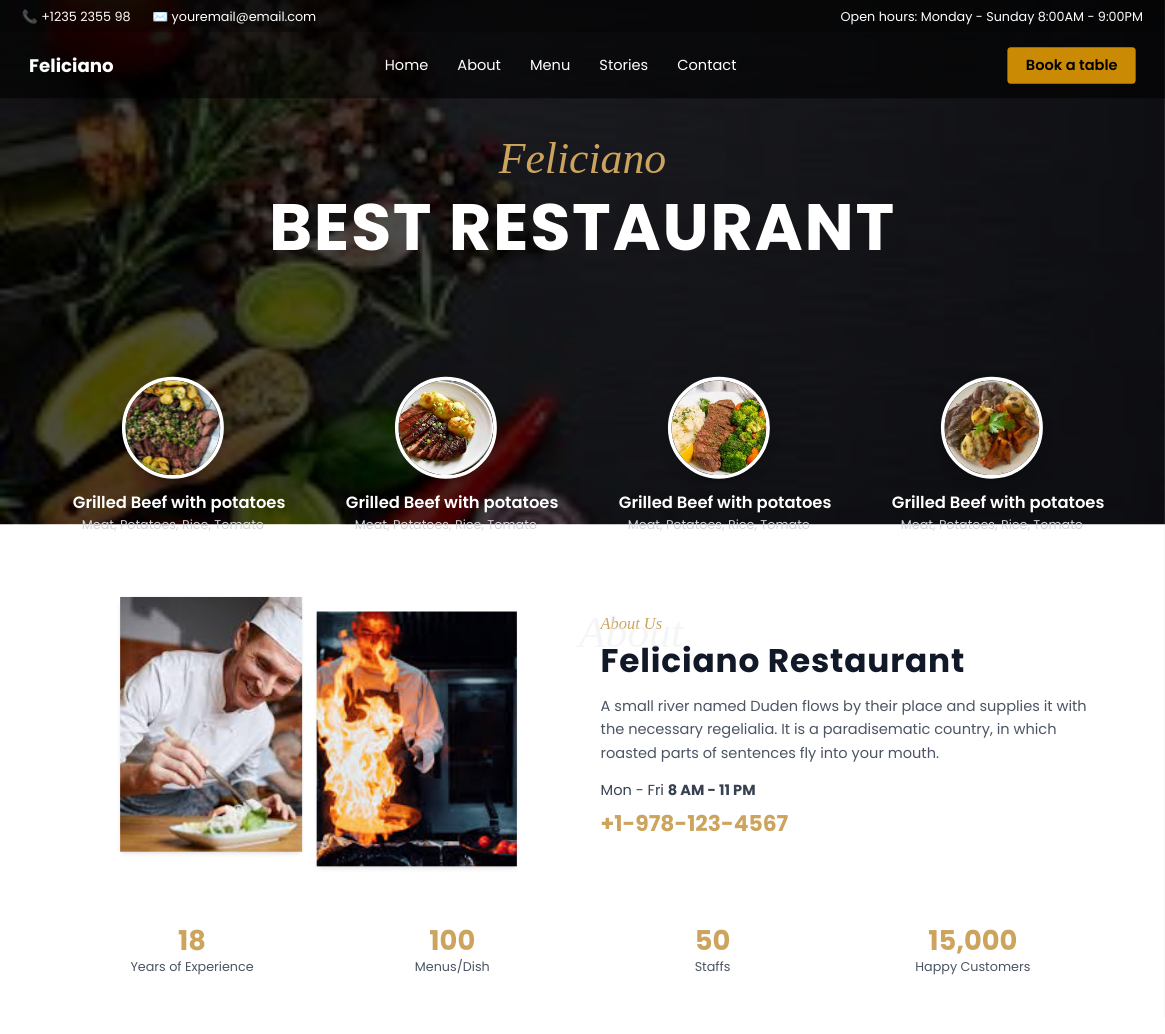
Repository: Purniagithub/Benttacproject
Page: /
An editor plug-in stored every save of this project. The page is shown before and after the next save, followed by the edit.
The browser window is 1280 px wide. The pictures show the whole page, at 91% of full size.
Some web fonts or font styles are not loaded; a fallback is used. The project was rebuilt for these pictures with package versions that can differ from the ones it lists, and the page was loaded fresh each time. Also part of the build but not shown: vite.config.js.

Above is the page before, as saved 2025-08-21 16:46:28.

### index.html
<!doctype html>
<html lang="en">
  <head>
    <meta charset="UTF-8" />
    <link rel="icon" type="image/svg+xml" href="/vite.svg" />
    <link href="https://fonts.googleapis.com/css2?family=Playfair+Display:ital,wght@1,500&family=Poppins:wght@400;600;700&display=swap" rel="stylesheet">

    <meta name="viewport" content="width=device-width, initial-scale=1.0" />
    <title>Vite + React</title>
  </head>
  <body>
    <div id="root"></div>
    <script type="module" src="/src/main.jsx"></script>
  </body>
</html>

### src/App.jsx
import React from "react";
import Navbar from "./components/Navbar";
import Hero from "./components/Hero";

function App() {
  return (
    <div className="font-poppins">
      <Navbar />
      <Hero />
    </div>
  );
}

export default App;

### src/components/Navbar.jsx
import React from "react";

const Navbar = () => {
  return (
    <header className="absolute top-0 left-0 w-full z-50">
      {/* Top bar */}
      <div className="flex justify-between items-center bg-black bg-opacity-70 text-white text-sm px-6 py-2">
        <div className="flex space-x-6">
          <span>📞 +1235 2355 98</span>
          <span>✉️ youremail@email.com</span>
        </div>
        <span>Open hours: Monday - Sunday 8:00AM - 9:00PM</span>
      </div>

      {/* Main Navbar */}
      <nav className="flex justify-between items-center bg-black bg-opacity-60 text-white px-8 py-4">
        <h1 className="text-xl font-bold">Feliciano</h1>
        <ul className="flex space-x-8 font-medium">
          <li><a href="#" className="hover:text-yellow-400">Home</a></li>
          <li><a href="#" className="hover:text-yellow-400">About</a></li>
          <li><a href="#" className="hover:text-yellow-400">Menu</a></li>
          <li><a href="#" className="hover:text-yellow-400">Stories</a></li>
          <li><a href="#" className="hover:text-yellow-400">Contact</a></li>
        </ul>
        <button className="bg-yellow-600 hover:bg-yellow-700 px-5 py-2 rounded text-black font-semibold">
          Book a table
        </button>
      </nav>
    </header>
  );
};

export default Navbar;

### src/components/Hero.jsx
import React from "react";
import AboutSection from "../components/AboutSection";

const dishes = [
  { id: 1, name: "Grilled Beef with potatoes", desc: "Meat, Potatoes, Rice, Tomato", img: "/dish-1.jpeg" },
  { id: 2, name: "Grilled Beef with potatoes", desc: "Meat, Potatoes, Rice, Tomato", img: "/dish-2.jpeg" },
  { id: 3, name: "Grilled Beef with potatoes", desc: "Meat, Potatoes, Rice, Tomato", img: "/dish-3.jpeg" },
  { id: 4, name: "Grilled Beef with potatoes", desc: "Meat, Potatoes, Rice, Tomato", img: "/dish-4.jpeg" },
];

const Hero = () => {
  return (
    <>
    <section
      className="relative h-[80vh] bg-cover bg-center flex flex-col justify-center items-center text-white px-4"
      style={{ backgroundImage: "url('/img-4.jpeg')" }}
    >
      {/* Dark overlay */}
      <div className="absolute inset-0 bg-black/70"></div>

      {/* Headings */}
      <div className="relative z-10 text-center mt-20 md:mt-32 lg:mt-40">
        <h2 className="text-3xl md:text-4xl lg:text-5xl font-serif italic text-[#CDA45E]">
          Feliciano
        </h2>
        <h1 className="text-4xl md:text-5xl lg:text-7xl font-extrabold tracking-wide mt-3 md:mt-4 uppercase">
          Best Restaurant
        </h1>
      </div>

      {/* Dish Cards */}
      <div className="relative z-10 grid grid-cols-1 sm:grid-cols-2 md:grid-cols-4 gap-10 md:gap-16 lg:gap-20 mt-16 md:mt-24 lg:mt-32">
        {dishes.map((dish) => (
          <div key={dish.id} className="text-center max-w-[220px] mx-auto">
            <img
              src={dish.img}
              alt={dish.name}
              className="w-24 h-24 md:w-28 md:h-28 object-cover rounded-full mx-auto border-4 border-white shadow-lg"
            />
            <h3 className="mt-3 font-semibold text-base md:text-lg whitespace-nowrap">
              {dish.name}
            </h3>
            <p className="text-xs md:text-sm text-gray-300">{dish.desc}</p>
          </div>
        ))}
      </div>
    </section>
     {/* Other sections */}
     <AboutSection />
</>
  );
};

export default Hero;

### src/components/AboutSection.jsx
// src/components/AboutSection.jsx
import React from "react";

export default function AboutSection() {
  return (
    <section className="w-full bg-white py-16 px-6 lg:px-20">
      <div className="max-w-7xl mx-auto">
        {/* Top Grid (Images + Content) */}
        <div className="grid grid-cols-1 lg:grid-cols-2 gap-10 items-center">
          {/* Left Images */}
          <div className="flex justify-center items-center gap-4">
            <img
              src="/chef-1.jpeg"
              alt="Chef serving"
              className=" shadow-md object-cover h-[280px] w-[200px]"
            />
            <img
              src="/chef-5.jpeg"
              alt="Cooking food"
              className="shadow-md object-cover h-[280px] w-[220px] mt-8"
            />
          </div>

          {/* Right Content */}
          <div>
            <h3 className="text-lg font-serif italic text-[#CDA45E] relative mb-2">
              <span className="absolute -left-6 top-0 text-5xl text-gray-200 opacity-40">
                About
              </span>
              About Us
            </h3>
            <h2 className="text-4xl font-bold text-gray-900 mb-4 tracking-wide">
              Feliciano Restaurant
            </h2>
            <p className="text-gray-600 mb-4 leading-relaxed">
              A small river named Duden flows by their place and supplies it
              with the necessary regelialia. It is a paradisematic country, in
              which roasted parts of sentences fly into your mouth.
            </p>

            <p className="text-gray-700 mb-2">
              Mon - Fri <span className="font-bold">8 AM - 11 PM</span>
            </p>
            <p className="text-2xl font-bold text-[#CDA45E]">
              +1-978-123-4567
            </p>
          </div>
        </div>

        {/* Stats Section (moved outside grid so it stays below both columns) */}
        <div className="grid grid-cols-2 sm:grid-cols-4 gap-6 mt-16">
          <div className="text-center">
            <h4 className="text-3xl font-bold text-[#CDA45E]">18</h4>
            <p className="text-sm text-gray-600">Years of Experience</p>
          </div>
          <div className="text-center">
            <h4 className="text-3xl font-bold text-[#CDA45E]">100</h4>
            <p className="text-sm text-gray-600">Menus/Dish</p>
          </div>
          <div className="text-center">
            <h4 className="text-3xl font-bold text-[#CDA45E]">50</h4>
            <p className="text-sm text-gray-600">Staffs</p>
          </div>
          <div className="text-center">
            <h4 className="text-3xl font-bold text-[#CDA45E]">15,000</h4>
            <p className="text-sm text-gray-600">Happy Customers</p>
          </div>
        </div>
      </div>
    </section>
  );
}

### tailwind.config.js
/** @type {import('tailwindcss').Config} */
export default {
  content: ["./index.html",
    "./src/**/*.{js,ts,jsx,tsx}",],
  theme: {
    extend: {fontFamily: {
      sans: ['Poppins', 'sans-serif'],
      serif: ['Playfair Display', 'serif'],
    },
    colors: {
      gold: "#CDA45E",
    },},
  },
  plugins: [],
}

Loaded but not shown: src/main.jsx (common file); src/index.css (common file)

After the next save:
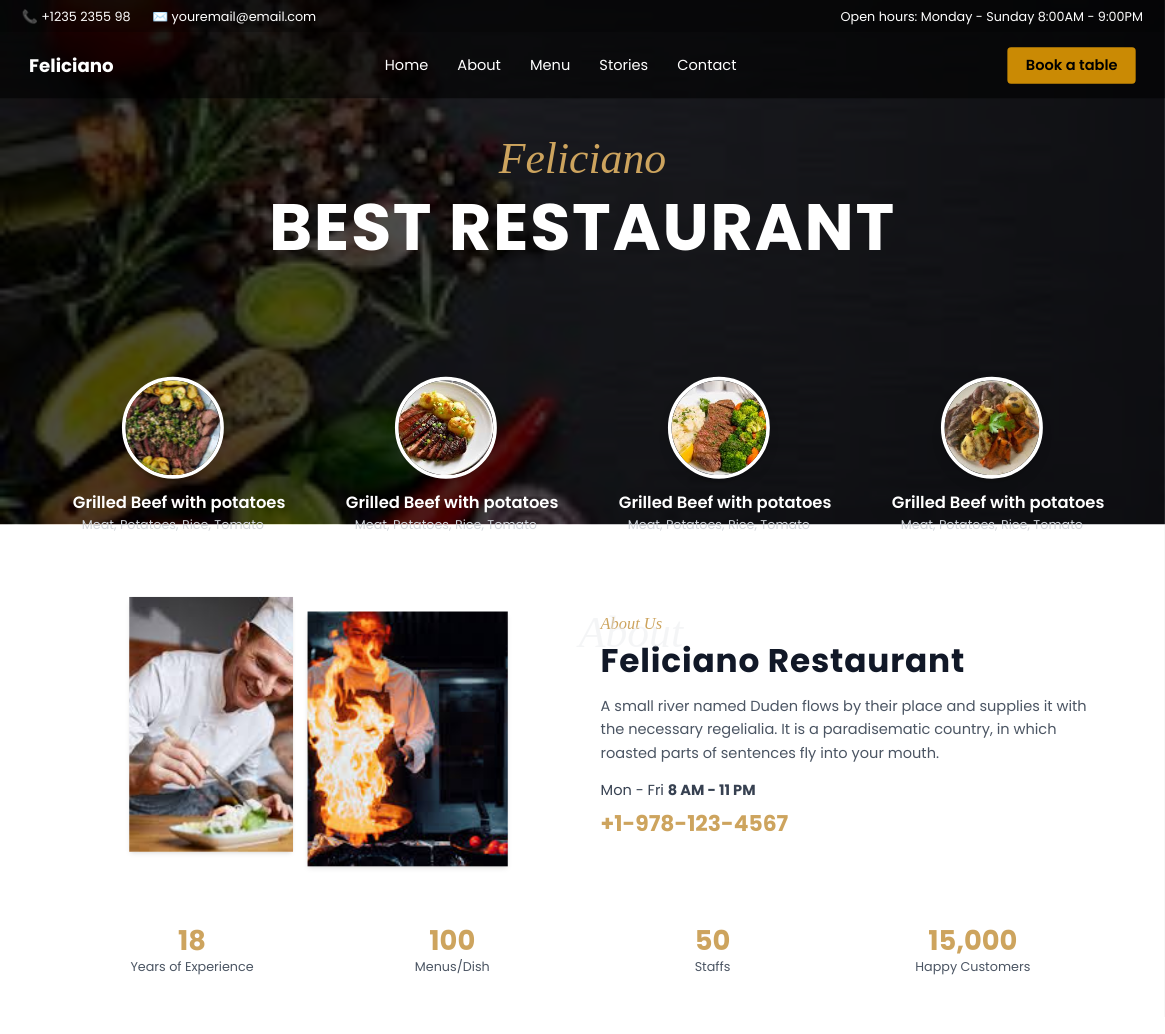
Saved 21 s later.
--- a/src/components/AboutSection.jsx
+++ b/src/components/AboutSection.jsx
@@ -12,7 +12,7 @@ export default function AboutSection() {
             <img
               src="/chef-1.jpeg"
               alt="Chef serving"
-              className=" shadow-md object-cover h-[280px] w-[200px]"
+              className=" shadow-md object-cover h-[280px] w-[180px]"
             />
             <img
               src="/chef-5.jpeg"
